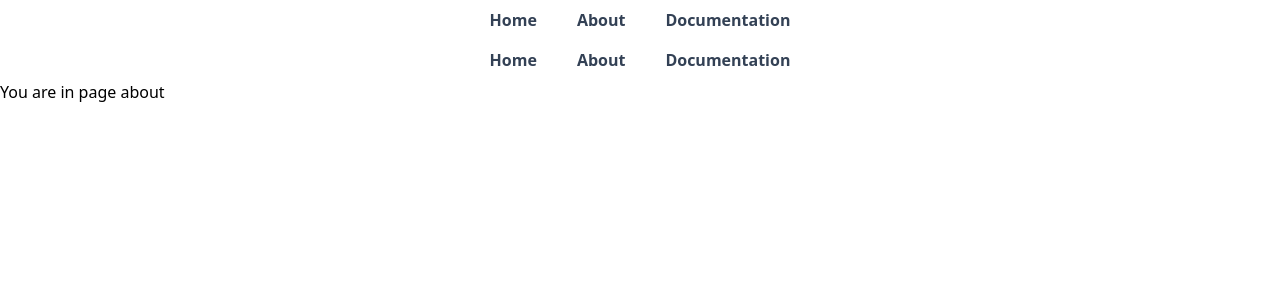
Repository: my-code-pot/courseview
Page: /about
An editor plug-in stored every save of this project. The page is shown before and after a run of saves, followed by the edit.
The browser window is 1280 px wide. The pictures show the whole page.
The project was rebuilt for these pictures with package versions that can differ from the ones it lists, and the page was loaded fresh each time. The framework's server and built-in components were replaced by stand-ins that run in the browser. Also part of the build but not shown: next.config.js.

Above is the page before, as saved 2022-02-06 21:40:37.

After the next 2 saves:
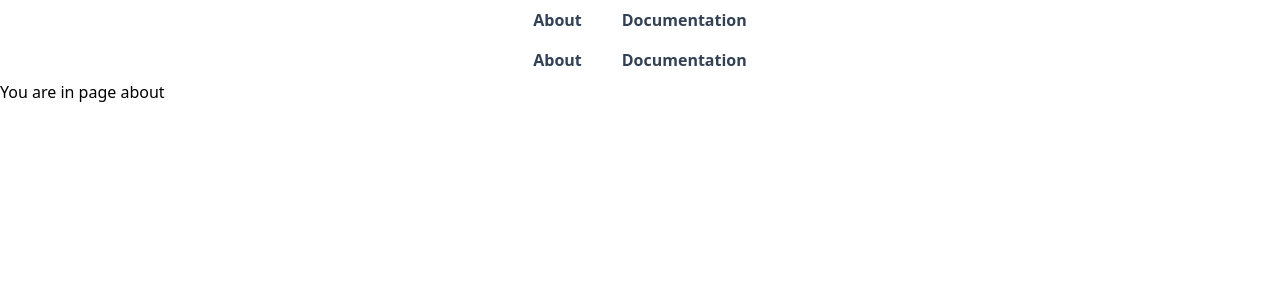
The 2 saves are shown as one change because they came seconds apart.
The last was saved 44 s later.
--- a/components/Navbar.js
+++ b/components/Navbar.js
@@ -1,17 +1,18 @@
 import React from "react";
 import styled from "styled-components";
 import Link from "next/link";
+
 const Navbar = () => {
   return (
     <nav className="flex justify-center space-x-4">
-      <Link href="/index">
+      {/* <Link href="/index">
         <a
           href=""
           className="font-bold px-3 py-2 text-slate-700 rounded-lg hover:bg-slate-100 hover:text-slate-900"
         >
           Home
         </a>
-      </Link>
+      </Link> */}
       <a
         href="/about"
         className="font-bold px-3 py-2 text-slate-700 rounded-lg hover:bg-slate-100 hover:text-slate-900"

After the 2 saves that followed:
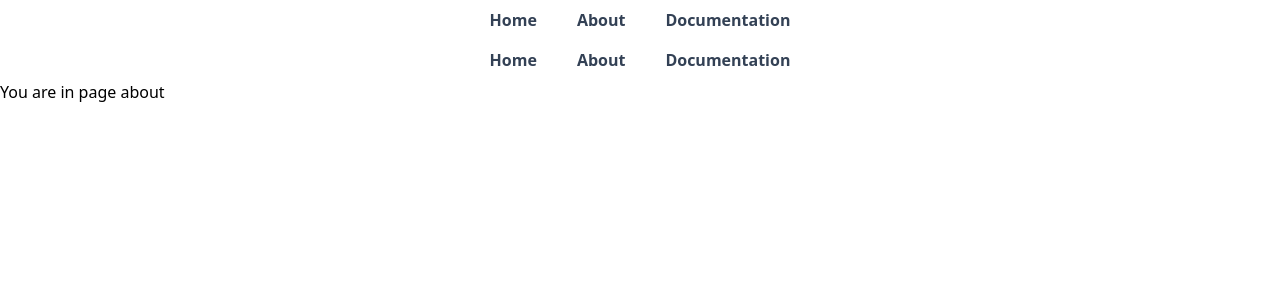
The 2 saves are shown as one change because they came seconds apart.
The last was saved 110 s later.
--- a/components/Navbar.js
+++ b/components/Navbar.js
@@ -5,14 +5,14 @@
 const Navbar = () => {
   return (
     <nav className="flex justify-center space-x-4">
-      {/* <Link href="/index">
+      <Link href="/">
         <a
           href=""
           className="font-bold px-3 py-2 text-slate-700 rounded-lg hover:bg-slate-100 hover:text-slate-900"
         >
           Home
         </a>
-      </Link> */}
+      </Link>
       <a
         href="/about"
         className="font-bold px-3 py-2 text-slate-700 rounded-lg hover:bg-slate-100 hover:text-slate-900"
